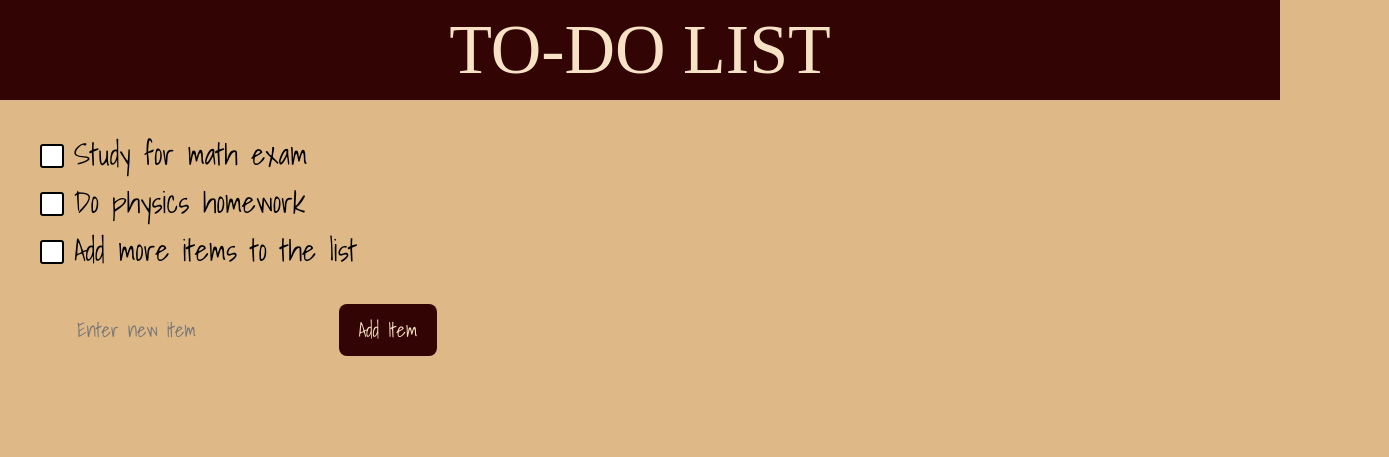
Repository: riya10483/pomodoro
Page: todo.html
The author's editor kept a copy of each file at every save. The page is drawn from the files as they stood at one save, then again after a run of saves.
The browser window is 1280 px wide. The page is 1280 px wide, then 1389 px, so the pictures cover 1389 px, including what lies to the right of the window. The pictures show the whole page.
Some web fonts or font styles are not loaded; a fallback is used.

Above is the page before, as saved 2024-09-28 22:26:46.
Console error: TypeError: Cannot set properties of null (setting 'innerHTML')

### todo.html
<!DOCTYPE html>
<html lang="en">
<head>
    <meta charset="UTF-8">
    <style>
        @import url('https://fonts.googleapis.com/css2?family=Rye&display=swap');
    </style>
    <style>
        @import url('https://fonts.googleapis.com/css2?family=Shadows+Into+Light&display=swap');
    </style>
    <style>
        @import url('https://fonts.googleapis.com/css2?family=Peralta&family=Rye&display=swap');
    </style>
    <meta name="viewport" content="width=device-width, initial-scale=1.0">
    <title>To Do List</title>
    <link rel="stylesheet" href="todo.css">
</head>
<body>
    <div id="header">TO-DO LIST</div>
    <ul id="checklist">
        <li><input type="checkbox" id="item1"><label for="item1">Study for math exam</label></li>
        <li><input type="checkbox" id="item2"><label for="item2">Do physics homework</label></li>
        <li><input type="checkbox" id="item3"><label for="item3">Add more items to the list</label></li>
    </ul>

    <input type="text" id="newItemText" placeholder="Enter new item">
    <button onclick="addItem()">Add Item</button>

    <script src="functions.js"></script>
</body>
</html>

### todo.css
* {
    background-color:burlywood;
    border: 0px;
    margin: 0px;
    font-family: "Shadows Into Light";
    font-size: 30px;
}
#header {
    color:rgb(247, 226, 198);
    padding: 10px;
    background-color:rgb(50, 4, 4);
    text-align: center;
    font-family: Rye;
    font-size: 70px;
    border: 0px;
    margin: 0px 0px 30px;
}

li {
    font-size: 30px;
    font-family: "Shadows Into Light";
    list-style: none;
}

input {
    width: 30px;
    height: 30px;
    margin: 15px 30px;
}

/* Hide the default checkbox */
input[type="checkbox"] {
    display: none;
}

/* Create a custom checkbox appearance */
input[type="checkbox"] + label:before {
    content: '';
    display: inline-block;
    width: 20px;
    height: 20px;
    margin-right: 10px;
    border: 2px solid #000;
    border-radius: 3px;
    background-color: white;
    vertical-align: middle;
}

/* Change appearance when checkbox is checked */
input[type="checkbox"]:checked + label:before {
    background-color: rgb(50, 4, 4);
    border-color: rgb(50, 4, 4);
    content: '✓';
    color: rgb(247, 226, 198);
    text-align: center;
    font-size: 18px;
    line-height: 20px;
}

/* Strike-through on label text when checkbox is checked */
input[type="checkbox"]:checked + label {
    text-decoration: line-through;
    color: rgb(176, 141, 94);
}

#newItemText {
    width: max-content;
    font-size: 20px;
    margin-left: 75px;
    color: rgb(50, 4, 4);
}

button {
    background-color: rgb(50, 4, 4);
    color: rgb(247, 226, 198);
    padding: 10px 20px;
    border-radius: 8px;
    font-size: 20px;
    margin: 30px;
}

### functions.js

// setInterval(function () {
//     seconds -= 1
//     let timerElement = document.getElementById("timer")
//     timerElement.innerHTML = seconds

// }, 1000);

const startTiming = 25
let time = startTiming * 60

const count = document.getElementById("timer")

setInterval(updateTimer, 1000)
function updateTimer(){
    const minutes = Math.floor(time/60)
    let seconds = time % 60

    //condition ? do this : do that
    seconds  = seconds < 10 ?  '0' + seconds : seconds
    count.innerHTML = `${minutes}:${seconds}`
    time--
}

updateTimer()

let itemCount = 3;

function addItem() {
    const itemText = document.getElementById('newItemText').value;
    if (itemText.trim() !== "") {
        itemCount++;

        // Create a new list item
        const newListItem = document.createElement('li');

        // Create a new checkbox input
        const newCheckbox = document.createElement('input');
        newCheckbox.type = 'checkbox';
        newCheckbox.id = 'item' + itemCount;

        // Create a label for the checkbox
        const newLabel = document.createElement('label');
        newLabel.setAttribute('for', newCheckbox.id);
        newLabel.textContent = itemText;

        // Append checkbox and label to the list item
        newListItem.appendChild(newCheckbox);
        newListItem.appendChild(newLabel);

        // Append the new list item to the checklist
        document.getElementById('checklist').appendChild(newListItem);

        // Clear the input field after adding the item
        document.getElementById('newItemText').value = "";
    } else {
        alert("Please enter a valid item.");
    }
}

After the next 2 saves:
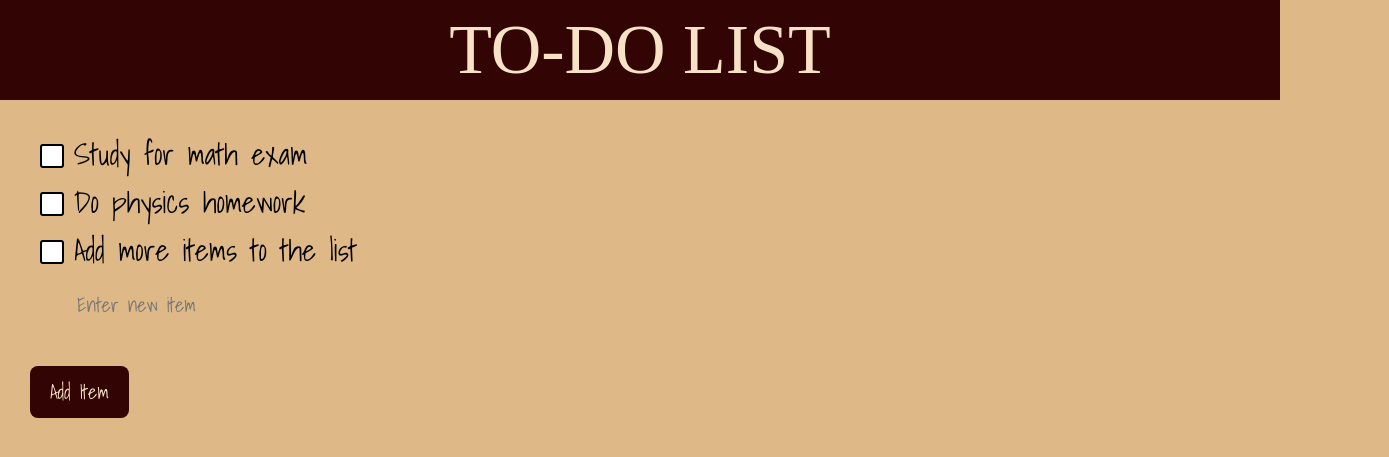
The 2 saves are shown as one change because they came seconds apart.
The last was saved 18 s later.
--- a/todo.css
+++ b/todo.css
@@ -64,7 +64,7 @@ input[type="checkbox"]:checked + label {
 }
 
 #newItemText {
-    width: max-content;
+    width: 100%;
     font-size: 20px;
     margin-left: 75px;
     color: rgb(50, 4, 4);
